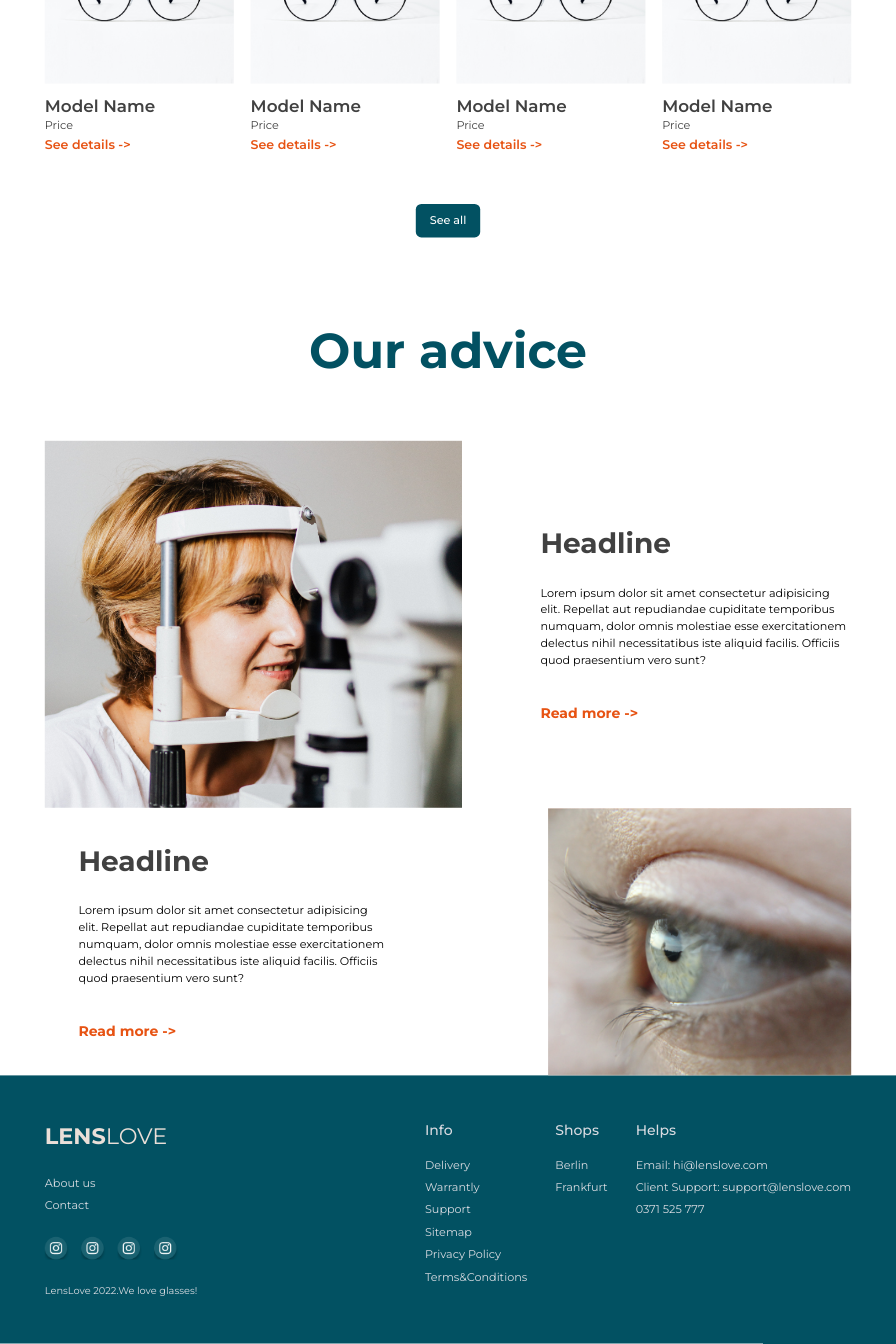
Repository: thienthanhvinh/glasses-react
Page: /
These files come from the project's save history. The page is drawn as it stood at one moment and after a run of saves; the edit follows.
The browser window is 1280 px wide. The pictures show the part of the page from y = 3725 to 5645 px (the page is 5645 px tall), at 70% of full size.
The project was rebuilt for these pictures with package versions that can differ from the ones it lists, and the page was loaded fresh each time. Also part of the build but not shown: src/App.css, src/components/common/FormGroup.js, src/components/input/Input.js, src/components/label/Label.js, src/hooks/useDarkMode.js, src/layout/LayoutAuthentication.js, src/components/icons/IconEyeToggle.js, src/pages/SignInPage.js and 1 more.

Above is the page before, as saved 2023-02-13 10:31:37.

### public/index.html
<!DOCTYPE html>
<html lang="en">
  <head>
    <meta charset="utf-8" />
    <link rel="icon" href="%PUBLIC_URL%/favicon.ico" />
    <meta name="viewport" content="width=device-width, initial-scale=1" />
    <meta name="theme-color" content="#000000" />
    <meta
      name="description"
      content="Web site created using create-react-app"
    />
    <link rel="apple-touch-icon" href="%PUBLIC_URL%/logo192.png" />
    <!--
      manifest.json provides metadata used when your web app is installed on a
      user's mobile device or desktop. See https://developers.google.com/web/fundamentals/web-app-manifest/
    -->
    <link rel="manifest" href="%PUBLIC_URL%/manifest.json" />
    <!--
      Notice the use of %PUBLIC_URL% in the tags above.
      It will be replaced with the URL of the `public` folder during the build.
      Only files inside the `public` folder can be referenced from the HTML.

      Unlike "/favicon.ico" or "favicon.ico", "%PUBLIC_URL%/favicon.ico" will
      work correctly both with client-side routing and a non-root public URL.
      Learn how to configure a non-root public URL by running `npm run build`.
    -->
    <link href="https://fonts.googleapis.com/css2?family=Montserrat:wght@300;400;500;600;700&display=swap" rel="stylesheet">
    <title>React App</title>
  </head>
  <body>
    <noscript>You need to enable JavaScript to run this app.</noscript>
    <div id="root"></div>
    <!--
      This HTML file is a template.
      If you open it directly in the browser, you will see an empty page.

      You can add webfonts, meta tags, or analytics to this file.
      The build step will place the bundled scripts into the <body> tag.

      To begin the development, run `npm start` or `yarn start`.
      To create a production bundle, use `npm run build` or `yarn build`.
    -->
  </body>
</html>

### src/index.js
import React from 'react';
import ReactDOM from 'react-dom/client';
import './index.css';
import App from './App';
import reportWebVitals from './reportWebVitals';
import { BrowserRouter } from 'react-router-dom';
import { ToastContainer, toast } from 'react-toastify';
import 'react-toastify/dist/ReactToastify.css';

const root = ReactDOM.createRoot(document.getElementById('root'));
root.render(
  // <React.StrictMode>
  <BrowserRouter>
    <App />
    <ToastContainer></ToastContainer>
  </BrowserRouter>
  // </React.StrictMode>
);

// If you want to start measuring performance in your app, pass a function
// to log results (for example: reportWebVitals(console.log))
// or send to an analytics endpoint. Learn more: https://bit.ly/CRA-vitals
reportWebVitals();

### src/index.css
/* body {
  margin: 0;
  font-family: -apple-system, BlinkMacSystemFont, 'Segoe UI', 'Roboto', 'Oxygen',
    'Ubuntu', 'Cantarell', 'Fira Sans', 'Droid Sans', 'Helvetica Neue',
    sans-serif;
  -webkit-font-smoothing: antialiased;
  -moz-osx-font-smoothing: grayscale;
}

code {
  font-family: source-code-pro, Menlo, Monaco, Consolas, 'Courier New',
    monospace;
} */

@tailwind base;
@tailwind components;
@tailwind utilities;

body {
  font-family: 'Montserrat', sans-serif;
}
/* .darkmode-input:checked + div .darkmode-spinner {
  transform: translateX(33px);
} */
.active-light {
  transform: translateX(0px);
  transition: all 0.4s;
}
.active-dark {
  transform: translateX(33px);
  transition: all 0.4s;
}

/* .darkmode-input:checked + div {


} */

/* .darkmode-input:checked + div .darkmode-spinner {
  background-color: white;
} */

### src/App.js

import { Route, Routes } from 'react-router-dom';
import './App.css';
import HomePage from './pages/HomePage';
import SignInPage from './pages/SignInPage';
import SignUpPage from './pages/SignUpPage';

function App() {
  return (
    <Routes>
      <Route path='/sign-up' element={<SignUpPage></SignUpPage>}></Route>
      <Route path='/sign-in' element={<SignInPage></SignInPage>}></Route>
      <Route path='/' element={<HomePage></HomePage>}></Route>
    </Routes>
  );
}

export default App;

### src/pages/HomePage.js
import React, { Fragment } from "react";
import Category from "../components/category/Category";
import Heading from "../components/common/Heading";
import Intro from "../components/intro/Intro";
import SpringSales from "../components/sales/SpringSales";
import LayoutMenu from "../layout/LayoutMenu";
import GlassesGrid from "../modules/GlassesGrid";
import GlassesItem from "../modules/GlassesItem";
import { v4 } from "uuid";
import Button from "../components/button/Button";
import HeadLine from "../modules/HeadLine";
import LayoutFooter from "../layout/LayoutFooter";

const HomePage = () => {
  return (
    <Fragment>
      <LayoutMenu></LayoutMenu>
      <SpringSales></SpringSales>
      <Intro></Intro>
      <Category></Category>
      <Heading>Popular</Heading>
      <GlassesGrid>
        {Array(4)
          .fill(0)
          .map((item) => (
            <GlassesItem key={v4()}></GlassesItem>
          ))}
        {/* <GlassesItem></GlassesItem> */}
      </GlassesGrid>
      <div className="text-center mb-[140px]">
        <Button className="mt-[70px] px-5 py-2 rounded-[4px]">See all</Button>
      </div>
      <Heading>New</Heading>
      <GlassesGrid>
        {Array(4)
          .fill(0)
          .map((item) => (
            <GlassesItem key={v4()}></GlassesItem>
          ))}
      </GlassesGrid>
      <div className="text-center mb-[140px]">
        <Button className="mt-[70px] px-5 py-2 rounded-[4px]">See all</Button>
      </div>
      <Heading>Sunwear</Heading>
      <GlassesGrid>
        {Array(4)
          .fill(0)
          .map((item) => (
            <GlassesItem key={v4()}></GlassesItem>
          ))}
      </GlassesGrid>
      <div className="text-center mb-[112px]">
        <Button className="mt-[70px] px-5 py-2 rounded-[4px]">See all</Button>
      </div>
      <Heading className="mb-[80px]">Our advice</Heading>
      <HeadLine></HeadLine>
      <HeadLine type="secondary"></HeadLine>
      <LayoutFooter></LayoutFooter>
    </Fragment>
  );
};

export default HomePage;

### src/components/category/Category.js
import React from 'react';
import Button from '../button/Button';

const Category = () => {
    return (
        <div className='flex mb-[112px] mx-auto max-w-[1400px] w-full gap-x-2'>
            <div className='h-[596px] relative'>
                <img src="/category1.png" alt="" className='w-full h-full object-cover' />
                <div className='absolute bottom-24 left-14'>
                    <p className='font-extrabold text-[40px] leading-[98px] text-white'>Optical</p>
                    <Button className='bg-secondary text-primary rounded-[4px] px-6 py-2 font-bold text-lg leading-[30px]'>Buy</Button>
                </div>
            </div>
            <div className='h-[596px] relative'>
                <img src="/category2.png" alt="" className='w-full h-full object-cover' />
                <div className='absolute bottom-24 left-14'>
                    <p className='font-extrabold text-[40px] leading-[98px] text-white'>Sunwear</p>
                    <Button className='bg-secondary text-primary rounded-[4px] px-6 py-2 font-bold text-lg leading-[30px]'>Buy</Button>
                </div>
            </div>
        </div>
    );
};

export default Category;

### src/components/common/Heading.js
import React from 'react';

const Heading = ({children, className = ''}) => {
    return (
        <h2 className={`font-extrabold text-[70px] leading-[98px] text-center text-primary mb-[70px] ${className}`}>
            {children}
        </h2>
    );
};
export default Heading;

### src/components/intro/Intro.js
import React from 'react';

const Intro = () => {
    return (
        <div className='flex items-center justify-center gap-x-[300px] mt-[64px] mb-[110px]'>
            <div className='flex flex-col items-center'>
                <img srcSet="/Icon1.png 2x" alt="" className='w-[80px] h-[80px] object-cover' />
                <p className='text-tertiary text-xl leading-[30px] font-bold'>Original products</p>
            </div>
            <div className='flex flex-col items-center'>
                <img srcSet="/Icon2.png 2x" alt="" className='w-[80px] h-[80px] object-cover' />
                <p className='text-tertiary text-xl leading-[30px] font-bold'>Original products</p>
            </div>
            <div className='flex flex-col items-center'>
                <img srcSet="/Icon3.png 2x" alt="" className='w-[80px] h-[80px] object-cover' />
                <p className='text-tertiary text-xl leading-[30px] font-bold'>Original products</p>
            </div>
        </div>
    );
};

export default Intro;

### src/components/sales/SpringSales.js
import React from 'react';
import Button from '../button/Button';

const SpringSales = () => {
    return (
        <div className='bg-secondary h-[700px] w-full flex items-center justify-between'>
            <div className='ml-[112px]'>
                <h2 className='text-primary text-[70px] font-extrabold leading-[98px]'>Spring Sale</h2>
                <p className='text-primary text-[50px] font-medium leading-[68px] mb-[48px]'>Up to -40%</p>
                <Button className='text-white bg-primary rounded-lg px-8 py-2 text-lg'>See offer</Button>
            </div>
            <div className='h-[700px]'>
                <img src="/photo1.png" alt="" className='w-full h-auto object-cover' />
            </div>
        </div>
    );
};

export default SpringSales;

### src/layout/LayoutMenu.js
import React from "react";
import { Link } from "react-router-dom";
import Navbar from "../components/navbar/Navbar";

const LayoutMenu = () => {
  return (
    <div className="py-10 px-16">
      <div className="flex items-center justify-between mb-14">
        <img src="/logo.png" alt="" className="w-[140px] h-auto object-cover" />
        <div className="flex gap-x-5 text-secondary-3 text-[15px] font-medium">
            <span>0371 525 777</span>
            <Link to="/">Help</Link>
            <Link to="/sign-in">Account</Link>
        </div>
      </div>
      <Navbar></Navbar>
    </div>
  );
};

export default LayoutMenu;

### src/modules/GlassesGrid.js
import React from 'react';

const GlassesGrid = ({children, className = ''}) => {
    return (
        <div className={`grid grid-cols-4 gap-x-6 px-16 ${className}`}>
            {children}
        </div>
    );
};

export default GlassesGrid;

### src/modules/GlassesItem.js
import React from "react";

const GlassesItem = () => {
  return (
    <div className="flex flex-col">
      <div className="h-[250px] mb-4">
        <img src="/glasses.png" alt="" className="w-full h-full object-cover" />
      </div>
      <p className="text-secondary-3 font-semibold text-2xl">Model Name</p>
      <p className="font-normal text-secondary-3">Price</p>
      <p className="font-semibold text-lg leading-[30px] text-tertiary">
        See details ->
      </p>
    </div>
  );
};

export default GlassesItem;

### src/components/button/Button.js
import React from 'react';

const Button = ({type, children, className=''}) => {
    return (
        <button type='submit' className={`bg-primary text-white ${className} rounded-lg px-3 py-3 font-medium`}>
            {children}
        </button>
    );
};

export default Button;

### src/modules/HeadLine.js
import React from "react";
import HeadlineImage from "./HeadlineImage";
import HeadlineContent from "./HeadlineContent";

const HeadLine = ({type = "default"}) => {
    if(type === "default") {
        return (
            <div className="w-full flex items-center gap-x-[112px] px-16">
              <HeadlineImage></HeadlineImage>
              <HeadlineContent></HeadlineContent>
            </div>
          );
    } else {
        return (
            <div className="w-full flex items-center gap-x-[227px] px-16">
              <HeadlineContent className="ml-[48px]"></HeadlineContent>
              <HeadlineImage src="headline2.png" className=""></HeadlineImage>
            </div>
          );
    }

};

export default HeadLine;

### src/layout/LayoutFooter.js
import React from "react";
import { Link } from "react-router-dom";

const LayoutFooter = () => {
  return (
    <div className="bg-primary flex justify-between px-16 py-16 text-gray-white">
      <div className="flex flex-col">
        <h2 className="text-secondary font-extrabold text-[32px] leading-[46px] mb-8">
          LENS<span className="font-normal">LOVE</span>
        </h2>
        <Link to="/about" className="mb-2">
          About us
        </Link>
        <Link to="contact" className="mb-8">
          Contact
        </Link>
        <div className="flex gap-x-4 mb-8">
          <span>
            <img src="/Instagram.png" alt="" />
          </span>
          <span>
            <img src="/Instagram.png" alt="" />
          </span>
          <span>
            <img src="/Instagram.png" alt="" />
          </span>
          <span>
            <img src="/Instagram.png" alt="" />
          </span>
        </div>
        <p className="text-[14px] leading-[24px]">
          LensLove 2022.We love glasses!
        </p>
      </div>
      <div className="flex gap-x-10">
        <div>
          <h3 className="font-medium text-xl mb-6">Info</h3>
          <div className="flex flex-col gap-y-2">
            <p>Delivery</p>
            <p>Warrantly</p>
            <p>Support</p>
            <p>Sitemap</p>
            <p>Privacy Policy</p>
            <p>Terms&Conditions</p>
          </div>
        </div>
        <div>
          <h3 className="font-medium text-xl mb-6">Shops</h3>
          <div className="flex flex-col gap-y-2">
            <p>Berlin</p>
            <p>Frankfurt</p>
          </div>
        </div>
        <div>
          <h3 className="font-medium text-xl mb-6">Helps</h3>
          <div className="flex flex-col gap-y-2">
            <p>Email: hi@lenslove.com</p>
            <p>Client Support: support@lenslove.com</p>
            <p>0371 525 777</p>
          </div>
        </div>
      </div>
    </div>
  );
};

export default LayoutFooter;

### src/components/navbar/Navbar.js
import React from "react";
import { Link } from "react-router-dom";

const Navbar = () => {
  return (
    <div className="flex">
      <ul className="flex text-sm font-semibold gap-x-8">
        <li>
          <Link to="/">Shops</Link>
        </li>
        <li>
          <Link to="/">Offers</Link>
        </li>
        <li>
          <Link to="/">Warranty</Link>
        </li>
        <li>
          <Link to="/">Medical</Link>
        </li>
        <li>
          <Link to="/">Info</Link>
        </li>
        <li>
          <Link to="/">Blog</Link>
        </li>
        <li>
          <Link to="/">About us</Link>
        </li>
        <li>
          <Link to="/">Contact</Link>
        </li>
      </ul>
      <div className="ml-auto flex items-center gap-x-8">
        <div className="flex gap-x-[6px] items-center">
          <svg
            width={18}
            height={17}
            viewBox="0 0 18 17"
            fill="none"
            xmlns="http://www.w3.org/2000/svg"
          >
            <path
              d="M17.153 15.747L12.8535 11.5161C13.9794 10.2929 14.6712 8.67509 14.6712 6.89489C14.6707 3.0867 11.534 0 7.66437 0C3.79477 0 0.658081 3.0867 0.658081 6.89489C0.658081 10.7031 3.79477 13.7898 7.66437 13.7898C9.3363 13.7898 10.8698 13.2115 12.0743 12.2501L16.3905 16.4976C16.6008 16.7047 16.9422 16.7047 17.1525 16.4976C17.3633 16.2904 17.3633 15.9541 17.153 15.747ZM7.66437 12.729C4.39027 12.729 1.7361 10.117 1.7361 6.89489C1.7361 3.67281 4.39027 1.06082 7.66437 1.06082C10.9385 1.06082 13.5926 3.67281 13.5926 6.89489C13.5926 10.117 10.9385 12.729 7.66437 12.729Z"
              fill="#414141"
            />
          </svg>
          <span className="text-sm font-semibold">Search</span>
        </div>
        <span>
          <svg
            width="19"
            height="17"
            viewBox="0 0 19 17"
            fill="none"
            xmlns="http://www.w3.org/2000/svg"
          >
            <path
              d="M2.14414 8.80841C0.111678 6.47788 0.614575 3.72661 2.23686 2.03652C3.85628 0.349414 6.5587 -0.245866 8.98238 1.79479L8.98243 1.79483C9.37299 2.12358 9.93842 2.1081 10.3148 1.781L10.3148 1.78097C12.5442 -0.15713 15.2905 0.329246 16.9821 1.956C17.8273 2.76872 18.3905 3.85299 18.4856 5.03784C18.5799 6.21232 18.2175 7.5254 17.1436 8.81679L10.2601 16.0112C9.92623 16.3602 9.36908 16.3602 9.03526 16.0113L2.14414 8.80841Z"
              stroke="#414141"
            />
          </svg>
        </span>
        <span>
          <svg
            width="17"
            height="18"
            viewBox="0 0 17 18"
            fill="none"
            xmlns="http://www.w3.org/2000/svg"
          >
            <path
              d="M0.672966 15.0244L1.47201 5.03632H10.653L11.452 15.0244C11.5228 15.9093 10.8238 16.6665 9.93602 16.6665H2.18895C1.30121 16.6665 0.602173 15.9093 0.672966 15.0244Z"
              stroke="#414141"
              stroke-linecap="round"
              stroke-linejoin="round"
            />
            <path
              d="M3.58252 7.56769V3.52604C3.58252 2.68402 4.08773 1 6.10856 1C8.12938 1 8.63459 2.68402 8.63459 3.52604V7.56769"
              stroke="#414141"
              stroke-linecap="round"
              stroke-linejoin="round"
            />
            <rect x="6" y="9" width="11" height="8" rx="4" fill="#414141" />
            <path
              d="M11.8424 15.084C11.5568 15.084 11.3048 15.0233 11.0864 14.902C10.868 14.7788 10.6972 14.608 10.574 14.3896C10.4527 14.1712 10.392 13.9192 10.392 13.6336V12.3344C10.392 12.0488 10.4527 11.7968 10.574 11.5784C10.6972 11.36 10.868 11.1901 11.0864 11.0688C11.3048 10.9456 11.5568 10.884 11.8424 10.884C12.128 10.884 12.3791 10.9456 12.5956 11.0688C12.814 11.1901 12.9848 11.36 13.108 11.5784C13.2312 11.7968 13.2928 12.0488 13.2928 12.3344V13.6336C13.2928 13.9192 13.2312 14.1712 13.108 14.3896C12.9848 14.608 12.814 14.7788 12.5956 14.902C12.3791 15.0233 12.128 15.084 11.8424 15.084ZM11.8424 14.4428C11.9843 14.4428 12.1131 14.4092 12.2288 14.342C12.3445 14.2729 12.436 14.1815 12.5032 14.0676C12.5704 13.9519 12.604 13.8231 12.604 13.6812V12.284C12.604 12.1403 12.5704 12.0115 12.5032 11.8976C12.436 11.7819 12.3445 11.6904 12.2288 11.6232C12.1131 11.5541 11.9843 11.5196 11.8424 11.5196C11.7005 11.5196 11.5717 11.5541 11.456 11.6232C11.3403 11.6904 11.2488 11.7819 11.1816 11.8976C11.1144 12.0115 11.0808 12.1403 11.0808 12.284V13.6812C11.0808 13.8231 11.1144 13.9519 11.1816 14.0676C11.2488 14.1815 11.3403 14.2729 11.456 14.342C11.5717 14.4092 11.7005 14.4428 11.8424 14.4428Z"
              fill="white"
            />
          </svg>
        </span>
      </div>
    </div>
  );
};

export default Navbar;

### src/modules/HeadlineImage.js
import React from 'react';

const HeadlineImage = ({className= '', src = "/headline1.png"}) => {
    return (
        <div className={className}>
             <img src={src} alt="" />
        </div>
    );
};

export default HeadlineImage;

### src/modules/HeadlineContent.js
import React from "react";

const HeadlineContent = ({className = ''}) => {
  return (
    <div className={className}>
      <h2 className="text-secondary-3 font-extrabold text-[40px] leading-[54px] mb-8">
        Headline
      </h2>
      <p className="w-[444px] mb-[48px]">
        Lorem ipsum dolor sit amet consectetur adipisicing elit. Repellat aut
        repudiandae cupiditate temporibus numquam, dolor omnis molestiae esse
        exercitationem delectus nihil necessitatibus iste aliquid facilis.
        Officiis quod praesentium vero sunt?
      </p>
      <p className="text-tertiary text-xl font-bold leading-[30px]">
        Read more ->
      </p>
    </div>
  );
};

export default HeadlineContent;

### tailwind.config.js
/** @type {import('tailwindcss').Config} */
module.exports = {
  content: [
    "./src/**/*.{js,jsx,ts,tsx}",
  ],
  darkMode: 'class',
  theme: {
    extend: {
      colors: {
        'color-1': "#808191",
        'color-2': "#2d3436",
        'primary' : '#025162',
        'secondary': '#EADFD8',
        'secondary-3': '#414141',
        'tertiary' : '#E75313',
        'lens': '#D4E1F4',
        'gray-white': '#D9DBE1',
        'dark-text-primary': '#dfe6e9',
        'dark-color' : '#4e4f50',
        'dark-secon-color': '#2d3436',
        'dark-third-color': '#3a3a3a',
        'dark-four-color' : '#242526',
        'dark-five-color' : '#3A3A3A',

      }
    },
  },
  plugins: [],
}

Loaded but not shown: src/reportWebVitals.js (common file)

After the next 2 saves:
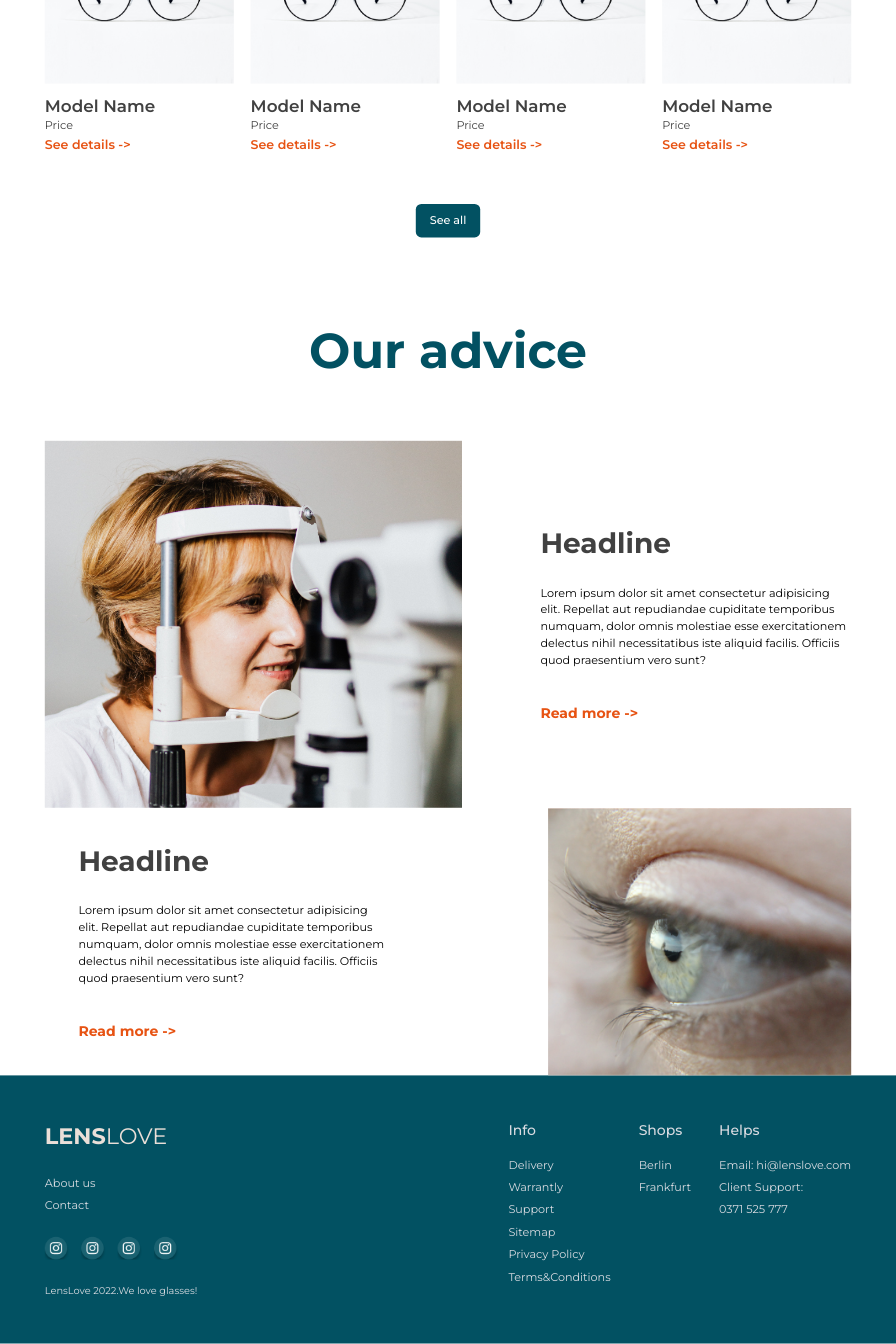
The 2 saves are shown as one change because they came seconds apart.
The last was saved 26 s later.
--- a/src/layout/LayoutFooter.js
+++ b/src/layout/LayoutFooter.js
@@ -55,7 +55,7 @@ const LayoutFooter = () => {
           <h3 className="font-medium text-xl mb-6">Helps</h3>
           <div className="flex flex-col gap-y-2">
             <p>Email: hi@lenslove.com</p>
-            <p>Client Support: support@lenslove.com</p>
+            <p>Client Support:</p>
             <p>0371 525 777</p>
           </div>
         </div>
